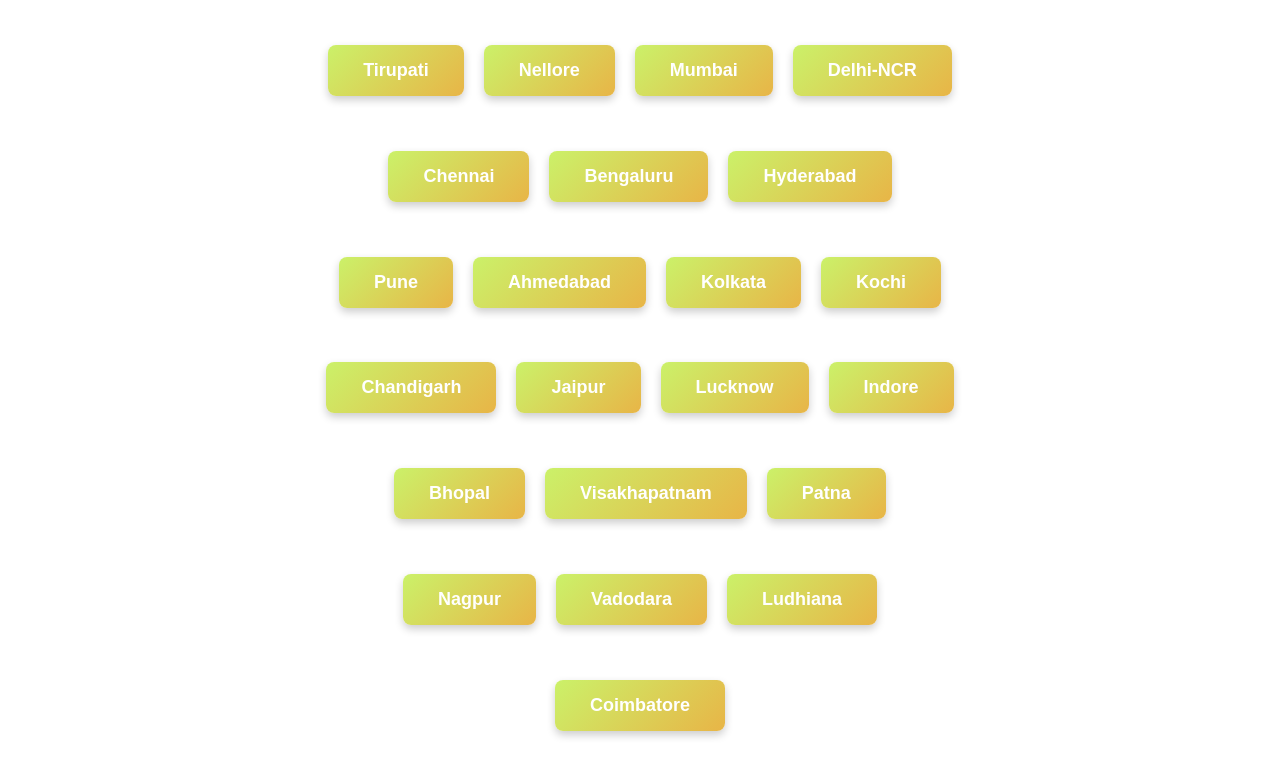
Repository: gnanaprasunag/MovieBookingApp
Page: /navigation (app in frontend/)
These files come from the project's save history. The page is drawn as it stood at one moment and after the next save; the edit follows.
The browser window is 1280 px wide. The pictures show the whole page.
The page's requests for data from a server got no answer. The project was rebuilt for these pictures with package versions that can differ from the ones it lists, and the page was loaded fresh each time. No one was signed in, and anything a server would have sent is missing. Also part of the build but not shown: frontend/src/components/PrivateRoute.js, frontend/src/components/AuthorizeRoute.js.

Above is the page before, as saved 2025-05-05 02:22:46.

After the next save:
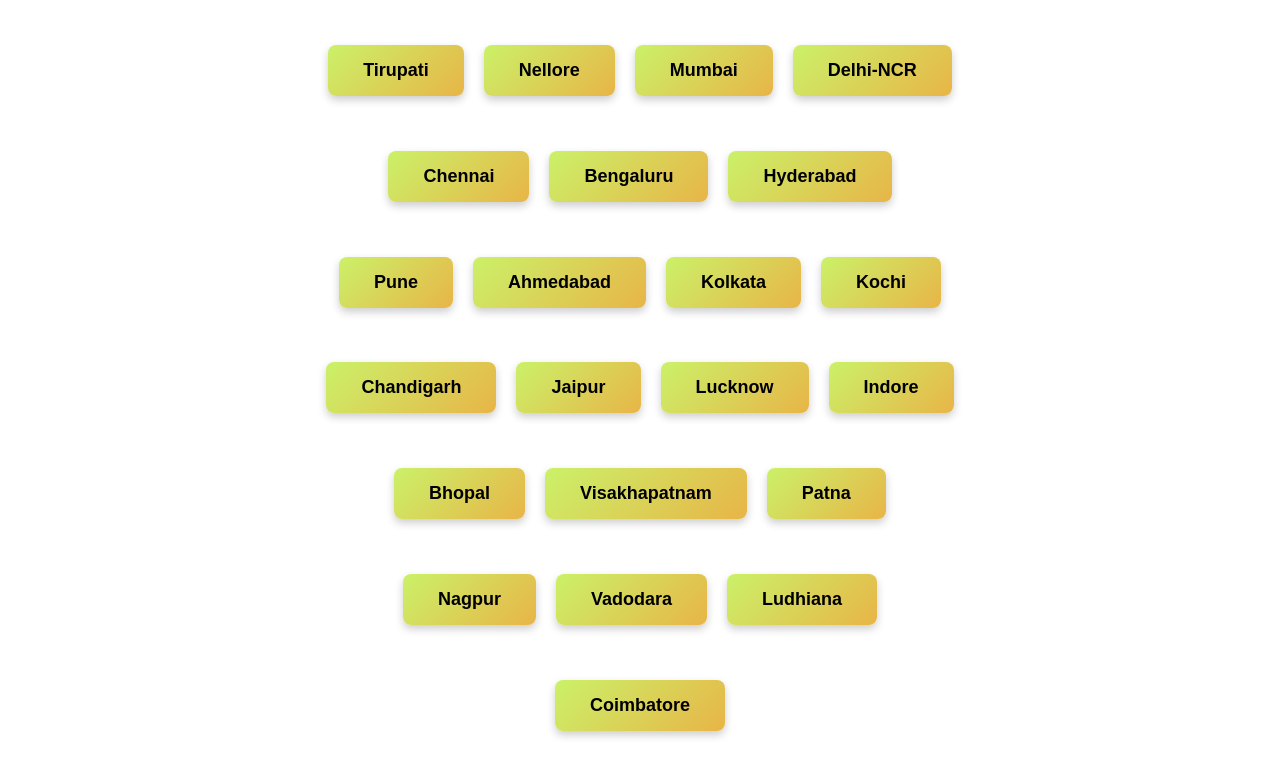
Saved 9 s later.
--- a/frontend/src/pages/navigation.css
+++ b/frontend/src/pages/navigation.css
@@ -16,7 +16,7 @@
 .location-button {
     padding: 15px 35px;
     background: linear-gradient(135deg, #cbf169, #e8b547); /* Soft gradient */
-    color: #fff;
+    color: black;
     border: none;
     border-radius: 8px;
     font-size: 18px;
